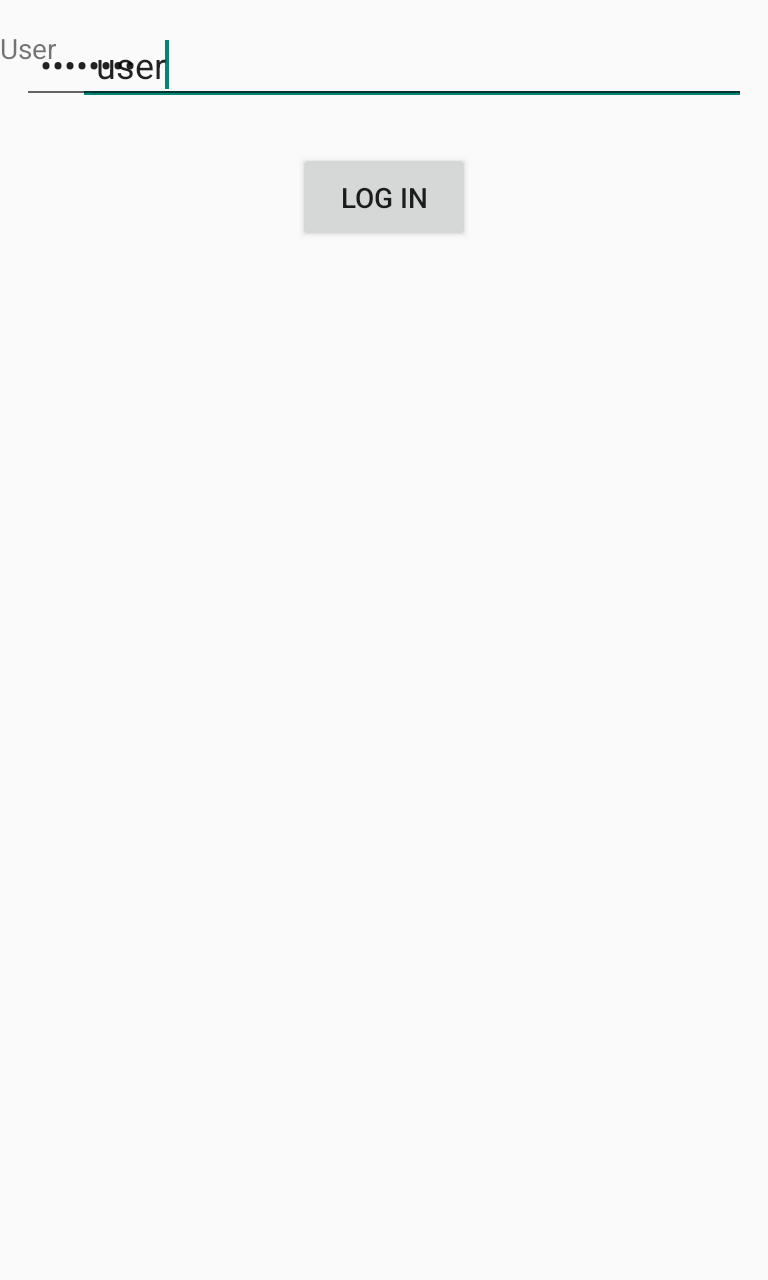
Repository: mgorski-mg/FunsCounter
Layout: FunsCounter/res/layout/login_fragment.xml
These files come from the project's save history. The layout is drawn as it stood at one moment and after the next save; the edit follows.
It is drawn on a 768 x 1280 px phone screen (xhdpi) without system bars, with theme AppTheme; the app's code is not run.

Above is the layout before, as saved 2014-02-10 17:33:38.

### FunsCounter/res/layout/login_fragment.xml
<RelativeLayout xmlns:android="http://schemas.android.com/apk/res/android"
    android:layout_width="fill_parent"
    android:layout_height="wrap_content"
    android:layout_gravity="center" >

    <LinearLayout
        android:layout_width="fill_parent"
        android:layout_height="wrap_content" >

        <TextView
            android:layout_width="wrap_content"
            android:layout_height="wrap_content"
            android:text="@string/user" />

        <EditText
            android:id="@+id/user"
            android:layout_width="match_parent"
            android:layout_height="wrap_content"
            android:layout_alignParentTop="true"
            android:layout_margin="10dp"
            android:ems="10"
            android:inputType="text"
            android:padding="10dp"
            android:text="user" >

            <requestFocus />
        </EditText>
    </LinearLayout>

    <EditText
        android:id="@+id/password"
        android:layout_width="match_parent"
        android:layout_height="wrap_content"
        android:layout_below="@+id/user"
        android:layout_margin="10dp"
        android:ems="10"
        android:inputType="textPassword"
        android:padding="10dp"
        android:text="password" />

    <Button
        android:id="@+id/loginButton"
        android:layout_width="wrap_content"
        android:layout_height="wrap_content"
        android:layout_below="@+id/password"
        android:layout_centerHorizontal="true"
        android:layout_margin="10dp"
        android:padding="10dp"
        android:text="@string/login" />

</RelativeLayout>

### FunsCounter/res/values/styles.xml
<resources>

    <style name="AppBaseTheme" parent="Theme.AppCompat.Light"></style>

    <!-- Application theme. -->
    <style name="AppTheme" parent="AppBaseTheme"></style>

    <style name="AppTheme.NoTitleBar" parent="AppBaseTheme">
        <item name="windowActionBar">false</item>
    </style>

</resources>

### FunsCounter/res/values/strings.xml
<?xml version="1.0" encoding="utf-8"?>
<resources>

    <string name="app_name">Funs Counter</string>
    <string name="refresh_event_list">Refresh Event List</string>
    <string name="refresh_content">Refresh Content</string>
    <string name="connection_problem">Can\'t download data! Please check your internet connection.</string>
    <string name="login">Log In</string>
    <string name="cant_login">Wrong username or password!</string>
    <string name="wait">Please wait!</string>
    <string name="user">User</string>
    <string name="password">Password</string>


</resources>

After the next save:
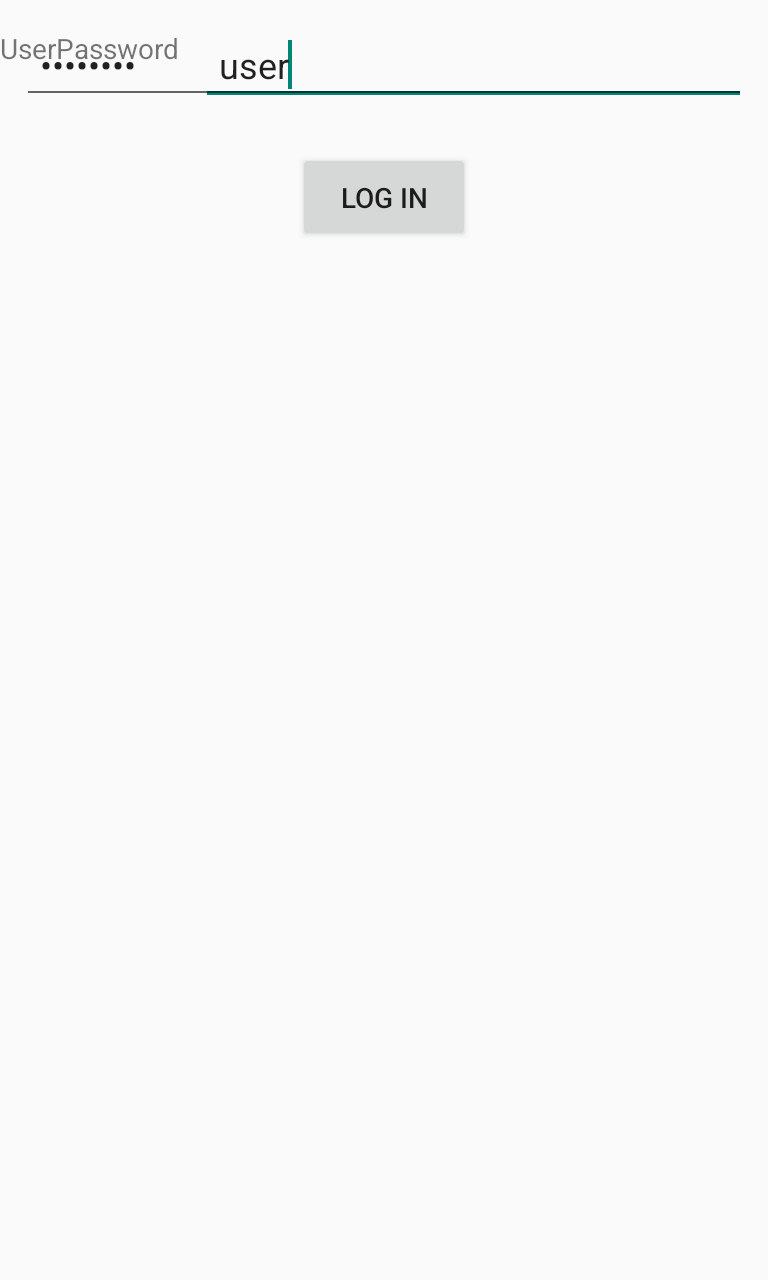
Saved 15 s later.
--- a/FunsCounter/res/layout/login_fragment.xml
+++ b/FunsCounter/res/layout/login_fragment.xml
@@ -11,6 +11,11 @@
             android:layout_width="wrap_content"
             android:layout_height="wrap_content"
             android:text="@string/user" />
+
+        <TextView
+            android:layout_width="wrap_content"
+            android:layout_height="wrap_content"
+            android:text="@string/password" />
 
         <EditText
             android:id="@+id/user"
